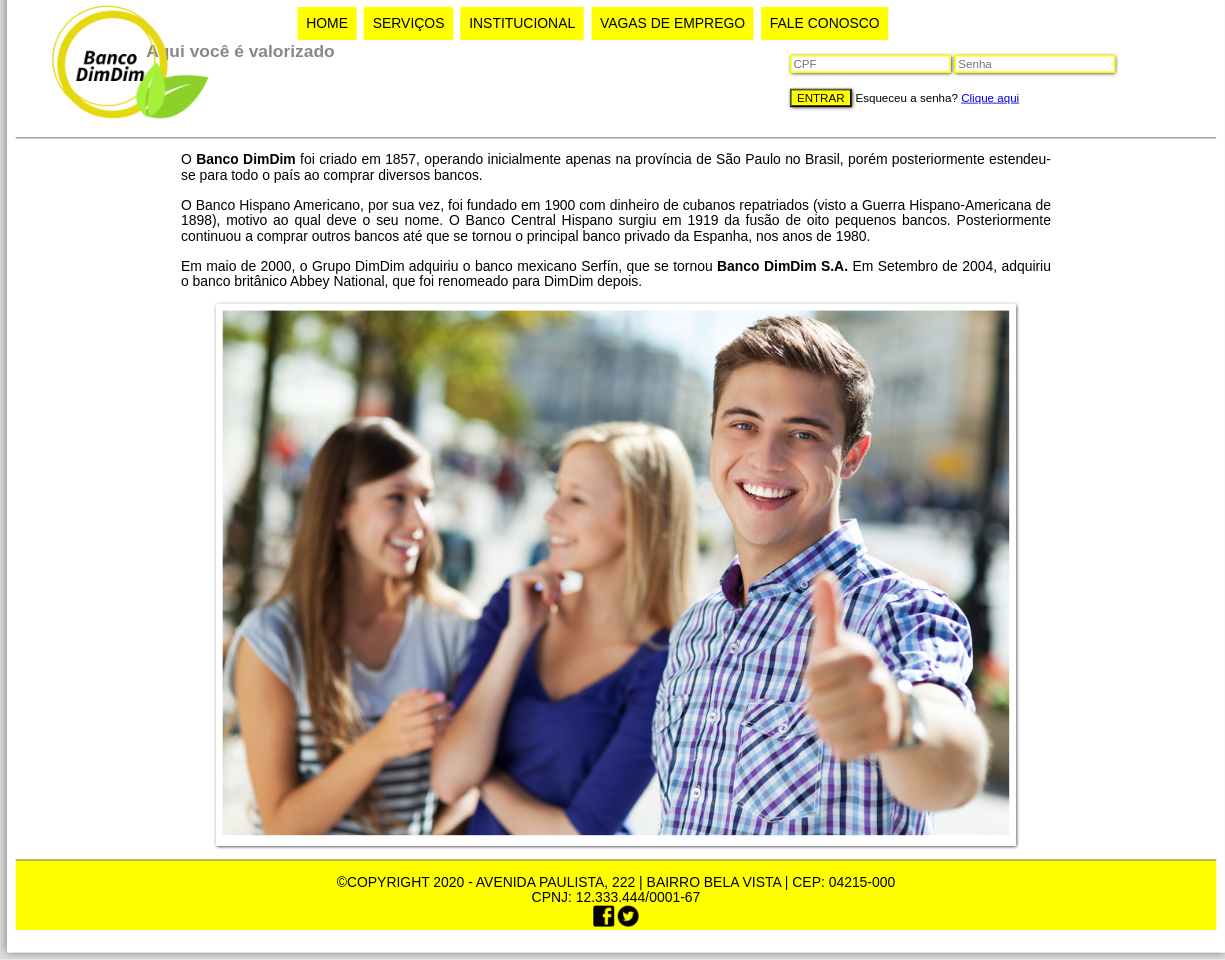
Repository: marceloShibuya/DevOps
Page: http://localhost/Nac_DevOPS/
An editor plug-in stored every save of this project. The page is shown before and after the next save, followed by the edit.
The browser window is 1280 px wide. The page is 1408 px wide, so the pictures cover 1408 px, including what lies to the right of the window. The pictures show the whole page, at 87% of full size.
Some web fonts or font styles are not loaded; a fallback is used. The page is served by Tomcat 9.

Above is the page before, as saved 2020-02-24 21:39:19.

After the next save:
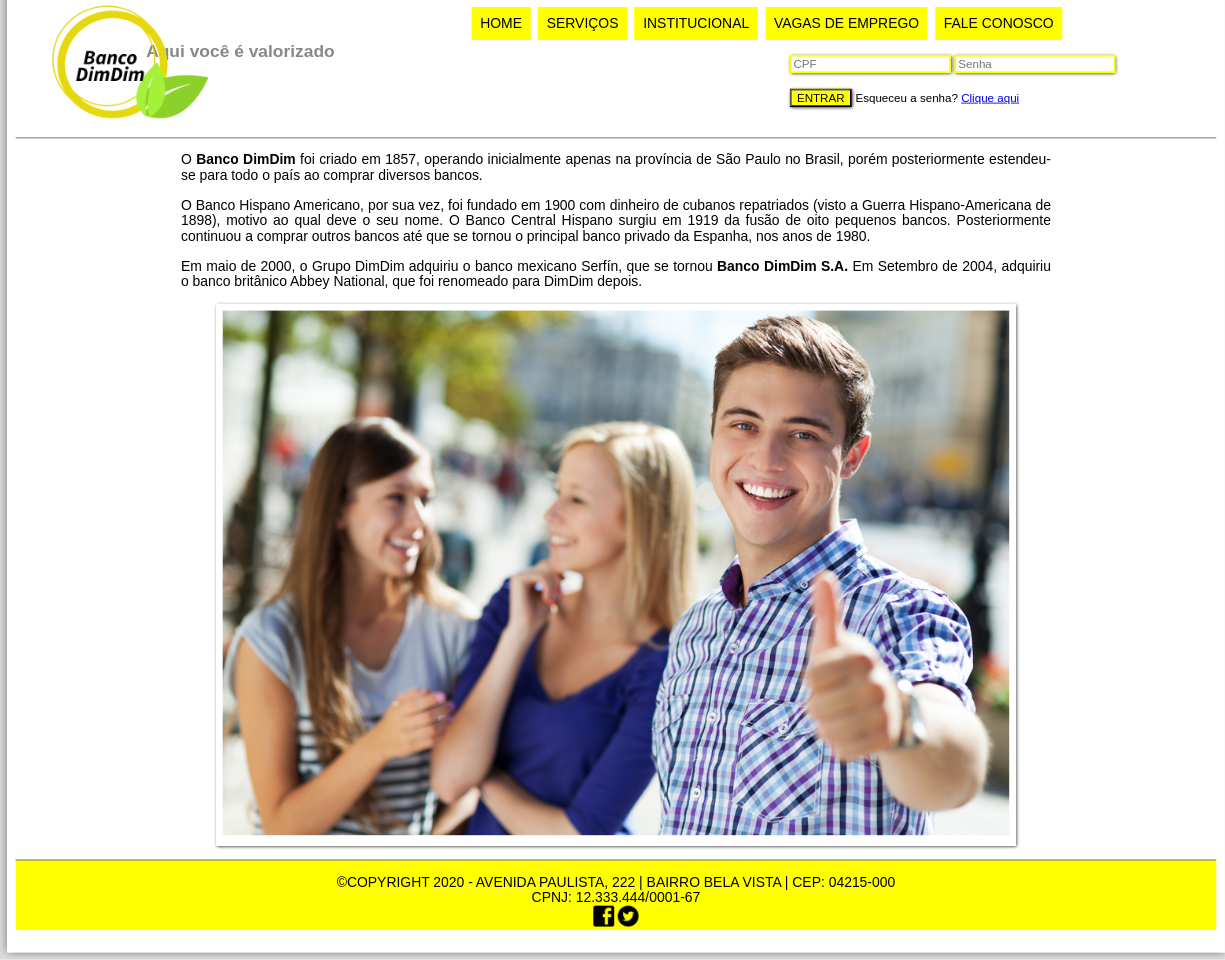
Saved 5 s later.
--- a/Nac_DevOPS/WebContent/_css/estilo.css
+++ b/Nac_DevOPS/WebContent/_css/estilo.css
@@ -92,7 +92,7 @@ nav#menu ul{
 	text-transform: uppercase;
 	position: absolute;
 	top: -10px;
-	left:300px;
+	left:500px;
 }
 
 nav#menu li{
